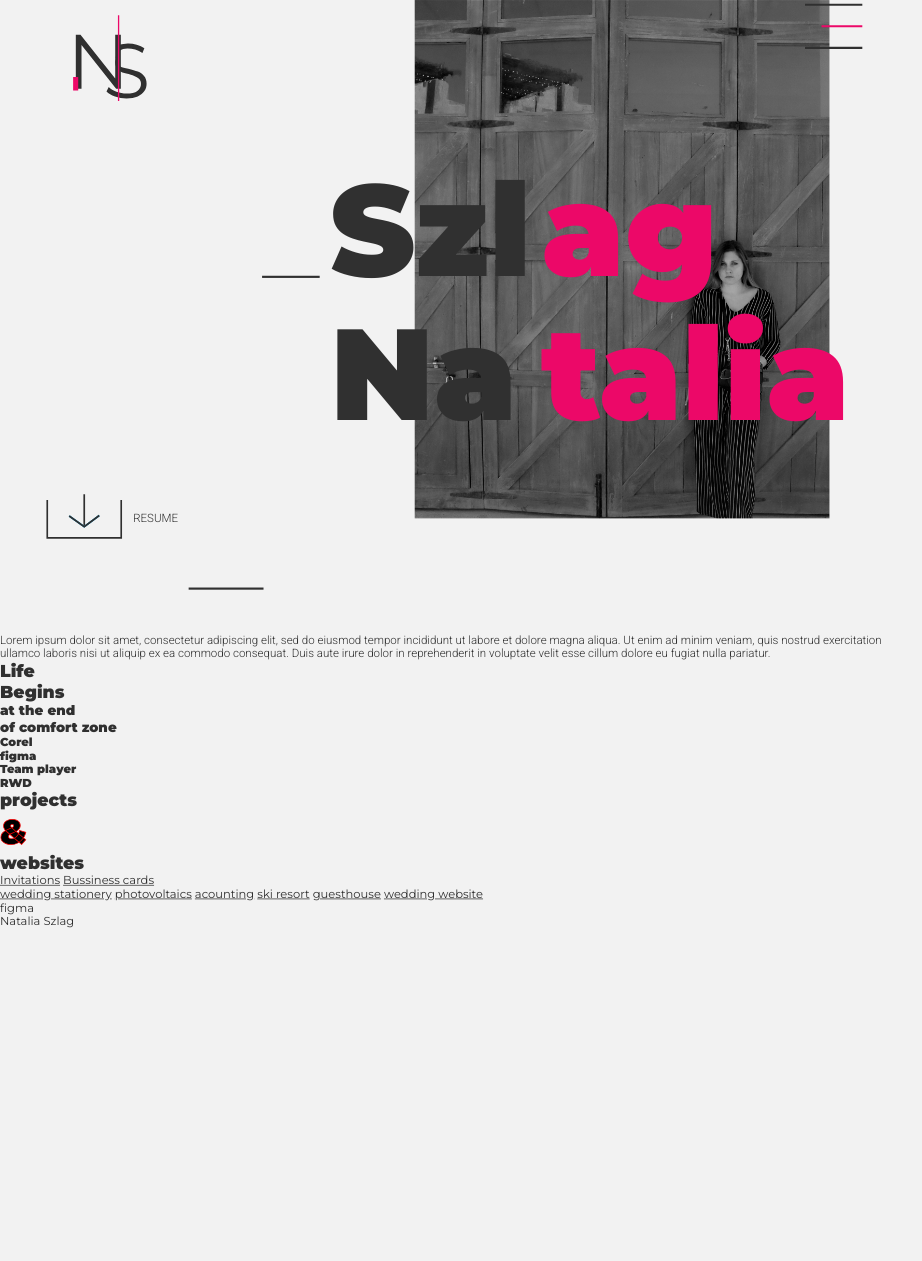
Repository: nataliaszlag/portfolio3
Page: index.html
An editor plug-in stored every save of this project. The page is shown before and after the next save, followed by the edit.
The browser window is 1280 px wide. The pictures show the whole page, at 72% of full size.
The style sheet was rebuilt from its Sass, Less or Tailwind sources for each picture, by a compiler version that may differ from the author's.

Above is the page before, as saved 2020-09-26 19:59:47.

### index.html
<!DOCTYPE html>
<html lang="en">
<head>
    <meta charset="UTF-8">
    <meta name="viewport" content="width=device-width, initial-scale=1.0">
    <title>Portfolio</title>
    <link rel="stylesheet" href="/css/style.css">
    <link href="https://fonts.googleapis.com/css2?family=Montserrat:wght@300;400;600;900&family=Roboto:wght@300&display=swap" rel="stylesheet">
<body>
    <div><img class="hero-img"src="/img/img-hero.JPG" alt="zdj"></div>
    <header class="hero">
        <nav>
            <logo class="logo">
                <svg width="202" height="202" viewBox="0 0 202 202" fill="none" xmlns="http://www.w3.org/2000/svg">
                    <path d="M111.707 131.661C106.15 131.661 100.822 130.771 95.7284 128.989C90.6331 127.207 86.6957 124.857 83.9163 121.934L87.0156 115.841C89.7232 118.549 93.3219 120.742 97.8117 122.416C102.302 124.091 106.933 124.927 111.707 124.927C118.407 124.927 123.43 123.699 126.779 121.239C130.128 118.781 131.805 115.592 131.805 111.673C131.805 108.68 130.895 106.292 129.078 104.511C127.26 102.729 125.035 101.357 122.397 100.396C119.76 99.4333 116.091 98.3831 111.387 97.2422C78.7372 90.0157 110.659 55.7886 98.6857 58.3337C92.9473 59.5532 105.322 55.7647 113.312 55.5543C117.586 55.4414 121.773 56.1427 125.871 57.3177C129.969 58.4945 133.513 60.116 136.506 62.1821L133.835 68.4884C130.7 66.4223 127.351 64.8726 123.786 63.8395C120.223 62.8047 116.732 62.3344 113.312 62.2882C95.5796 62.0521 91.8988 81.0702 103.104 87.2483C105.649 88.6525 109.535 89.2614 114.167 90.4023C119.654 91.7552 124.089 93.091 127.474 94.4098C130.859 95.7285 133.727 97.7228 136.079 100.396C138.431 103.068 139.607 106.684 139.607 111.245C139.607 115.022 138.591 118.46 136.561 121.561C134.529 124.66 131.411 127.118 127.207 128.936C123.003 130.753 117.837 131.661 111.707 131.661Z" fill="#303030"/>
                    <path d="M103.826 43.3881V118.212H97.3055L49.2035 57.4973V118.212H41.2945V43.3881H47.8146L96.0226 104.103V43.3881H103.826Z" fill="#303030"/>
                    <path fill-rule="evenodd" clip-rule="evenodd" d="M99.789 135.296V16.0728H101.621V135.296H99.789Z" fill="#EC0868"/>
                    <path fill-rule="evenodd" clip-rule="evenodd" d="M37.5521 120.721L37.5538 101.949L44.6315 101.956V120.726L37.5521 120.721Z" fill="#EC0868"/>
                    </svg>


            </logo>
            <ul class="navbar">
                <svg class="hamburger"width="80" height="63" viewBox="0 0 80 63" fill="none" xmlns="http://www.w3.org/2000/svg">
                    <g  class="line-menu-1"><line y1="1.5" x2="80" y2="1.5" stroke="#303030" stroke-width="3"/></g>
                    <g class="line-menu-2"><line y1="61.5" x2="80" y2="61.5" stroke="#303030" stroke-width="3"/></g>
                    <line x1="23" y1="31.5" x2="80" y2="31.5" stroke="#EC0868" stroke-width="3"/>
                    </svg>

                <li class="nav-list">about</li>
                <li class="nav-list">portfolio</li>
                <li class="nav-list">contact</li>
            </ul>
        </nav>
        <div class="flex">
            <div class="line-1"></div>
            <h1 class="h1-name">Szl<br>Na</h1>
            <h1 class="h1-name clr-prim">ag<br>talia</h1>
        </div>
        <div class="resume">
            <icon class="resume-icon">
                <svg width="106" height="63" viewBox="0 0 106 63" fill="none" xmlns="http://www.w3.org/2000/svg">
                    <path d="M1.60553 8.5282V61.0716H104.395V8.5282" stroke="#303030" stroke-width="2.36" stroke-miterlimit="22.9256"/>
                    <path d="M53 0.473083V45.5269" stroke="#303030" stroke-width="2.36" stroke-miterlimit="22.9256"/>
                    <path d="M32.1326 30.6015L52.9999 45.5269L73.8673 29.8981" stroke="#00A0E3" stroke-width="2.36" stroke-miterlimit="22.9256"/>
                    <path d="M32.1326 30.6015L52.9999 45.5269L73.8673 29.8981" stroke="#303030" stroke-width="2.36" stroke-miterlimit="22.9256"/>
                    </svg>
            </icon>
            <p class="resume-p">RESUME</p>
            <div class="line-2"></div>
        </div>
    </header>
    <main>
        <article class="main-page">

            <div class="arrow">
                <svg>
                </svg>
            </div>
    </article>
        <article class="about">
            <div class="about-flex">
                <p class="about-p">
                    Lorem ipsum dolor sit amet, consectetur adipiscing elit, sed do eiusmod tempor incididunt ut labore et dolore magna aliqua. Ut enim ad minim veniam, quis nostrud exercitation ullamco laboris nisi ut aliquip ex ea commodo consequat. Duis aute irure dolor in reprehenderit in voluptate velit esse cillum dolore eu fugiat nulla pariatur.
                </p>
        </div>
            <div class="about-flex">
                <h2 class="about-primary">Life</h2>
                <h2 class="about-secondary">Begins</h2>
                <h3 class="about-terciary">at the end<br>of comfort zone</h3>
        </div>
            <div class="about-flex">
                <div class="vector"></div>
        </div>
            <div class="about-flex">
                <h4 class="stat">Corel</h4>
                <div class="stat-bar">
                <div class="bar"></div>
                <div class="bar"></div>
                <div class="bar"></div>
                <div class="bar"></div>
                <div class="bar"></div>
            </div>
            <h4 class="stat">figma</h4>
                <div class="stat-bar">
                <div class="bar-1"></div>
                <div class="bar-2"></div>
                <div class="bar-3"></div>
                <div class="bar-4"></div>
                <div class="bar-5"></div>
            </div>
            <h4 class="stat">Team player</h4>
                <div class="stat-bar">
                <div class="bar-1"></div>
                <div class="bar-2"></div>
                <div class="bar-3"></div>
                <div class="bar-4"></div>
                <div class="bar-5"></div>
            </div>
            <h4 class="stat">RWD</h4>
                <div class="stat-bar">
                <div class="bar-1"></div>
                <div class="bar-2"></div>
                <div class="bar-3"></div>
                <div class="bar-4"></div>
                <div class="bar-5"></div>
            </div>
        </div>
    </article>

    <article class="portfolio">
        <h2 class="portfolio-primary">projects<br></h2>
        <h2 class="portfolio-ampersand">&</h2>
        <h2 class="portfolio-secondary">websites</h2>

        <div class="projects-flex">
            <div class="project-gallery">
                <a href="https://www.kraftdesign.pl" target="_blank" class="link">Invitations</a>
                <a href="#gallery" class="link">Bussiness cards</a>
            </div>
            <div class="project-links">
                <a href="https://www.kraftdesign.pl" target="_blank" class="link">wedding stationery</a>
                <a href="https://www.cellinstalacje.pl" class="link" target="_blank" >photovoltaics</a>
                <a href="https://www.cellsksiegowosc.pl" class="link" target="_blank">acounting</a>
                <a href="https://www.masterski.pl" class="link" target="_blank">ski resort</a>
                <a href="https://www.tylicznoclegi.pl" class="link" target="_blank">guesthouse</a>
                <a href="https://www.pobieramysie.info" class="link" target="_blank">wedding website</a>
            </div>
            <div class="project-display">
                figma
            </div>
        </div>
    </article>

    <article class="contact">
        <div class="square">
            <div class="socials">
                <div class="social-info"></div>
                <div class="social-info"></div>
            </div>
            <div class="svg-animate">Natalia Szlag</div>
        </div>

        <div class="square bg-cover">
            <div class="social-sq">
                <svg class="social-ico">insta</svg>
            </div>
            <div class="social-sq">
                <svg class="social-ico">facebook</svg>
            </div>
            <div class="social-sq">
                <svg class="social-ico">pinterest</svg>
            </div>
        </div>
    </article>
    </main>
  </body>
</html>

### scss/style.scss
// ==========================================
// variables
// ==========================================

//font-var
$font-primary: 'Montserrat', sans-serif;
$font-secondary: 'roboto', sans-serif;
$font-spacing-primary: 10%;
$font-line-primary: 25pt;

//color-var
$clr-font: #303030;
$clr-bg: #f2f2f2;
$clr-accent: #ec0868;


// ============================================
// main style
// =======================================
*,
*:hover,
*:focus{
box-sizing: border-box;
color: $clr-font;
}

body{
    background-color: $clr-bg;
}

*{
    margin: 0;
    padding: 0;
    font-family: $font-primary;
}

.portfolio-ampersand{
    font-size: 48px;
    color: black;
    -webkit-text-stroke: 1px red;
}

.hero{
    min-height: 100%;
    height: 100vh;
    max-width: 90%;
    margin: auto;
}

.hero-img{
    object-fit: cover;
    top: 0;
    right: 10%;
    position: absolute;
    height: 100vh;
    width: 45%;
    z-index: -1;
}

.h1-name{
    display: inline-block;
    font-weight: 900;
    font-size: 180px;
    line-height: 200px;
    padding-left: 10px;
    z-index: 3;
}

.clr-prim{
    color: $clr-accent;
}

.resume{
    margin-top: auto;
    display: flex;
    align-items: center;

    &-p{
        padding: 15px;
    }

    .line-2{
        display: inline-block;
    content:'';
    width: 104px;
    height: 200px;
    border-bottom: solid 3px $clr-font;
    }
}

.line-1{
    display: inline-block;
    content:'';
    width: 80px;
    height: 200px;
    border-top: solid 3px $clr-font;
    margin-left: 300px;
}

nav{
    margin-top: 5px;
    display: flex;
    justify-content: space-between;
    ul{
        display: block;
        list-style-type: none;
        li{
            opacity: 0;
            overflow: hidden;
            padding: 15px;
            transition: .2s ease-out;
        }
    }

    ul:hover > li{
        opacity: 1;
    }

    ul:hover .line-menu-1{
        transform: translateY(20px);
    }

    ul:hover .line-menu-2{
        transform: translateY(-20px);
    }
    }

.line-menu-1{
    transition: .2s ease-out;
}

p{
    font-family: $font-secondary;
}

After the next save:
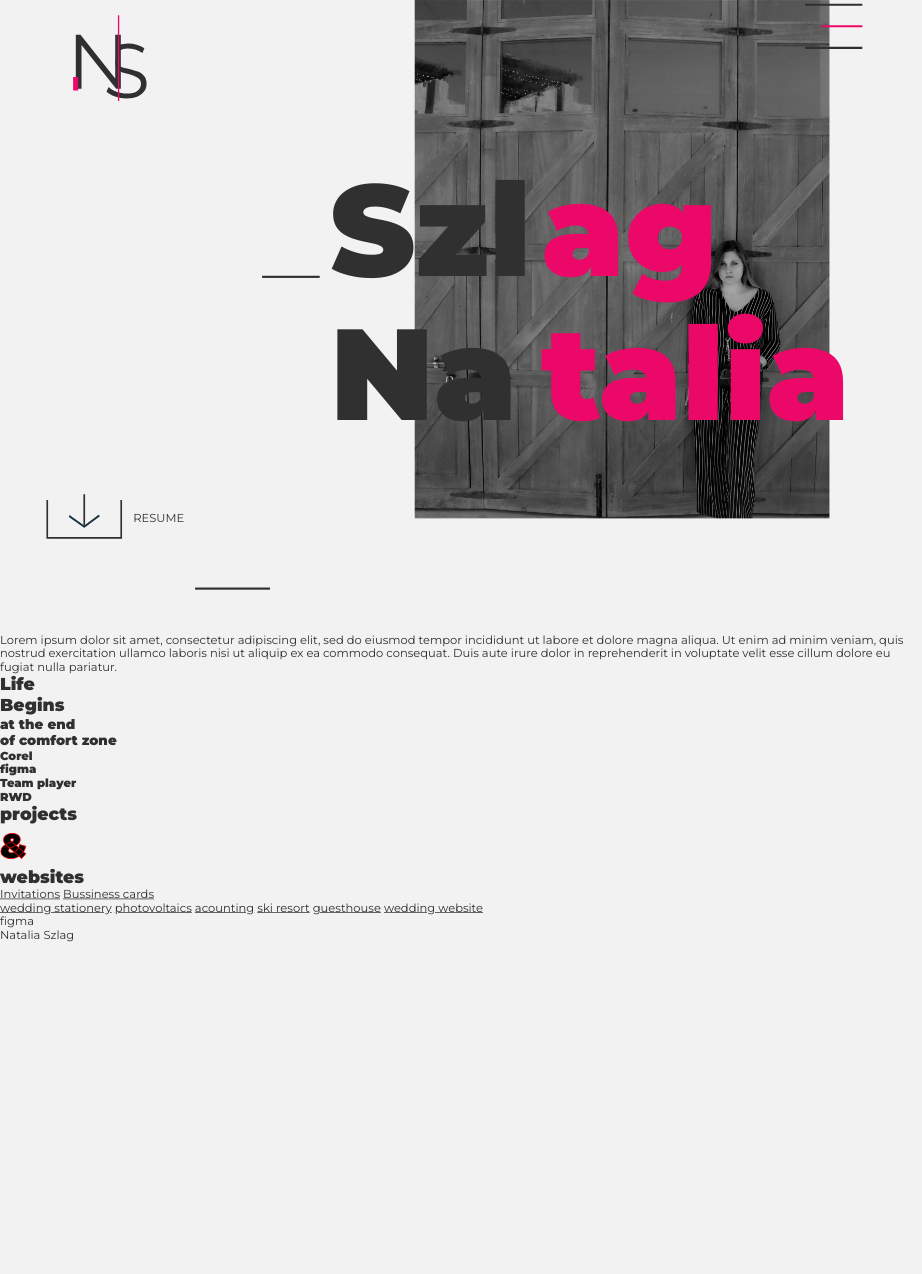
Saved 4 s later.
--- a/scss/style.scss
+++ b/scss/style.scss
@@ -129,6 +129,8 @@ nav{
     transition: .2s ease-out;
 }
 
+.line-
+
 p{
     font-family: $font-secondary;
 }
